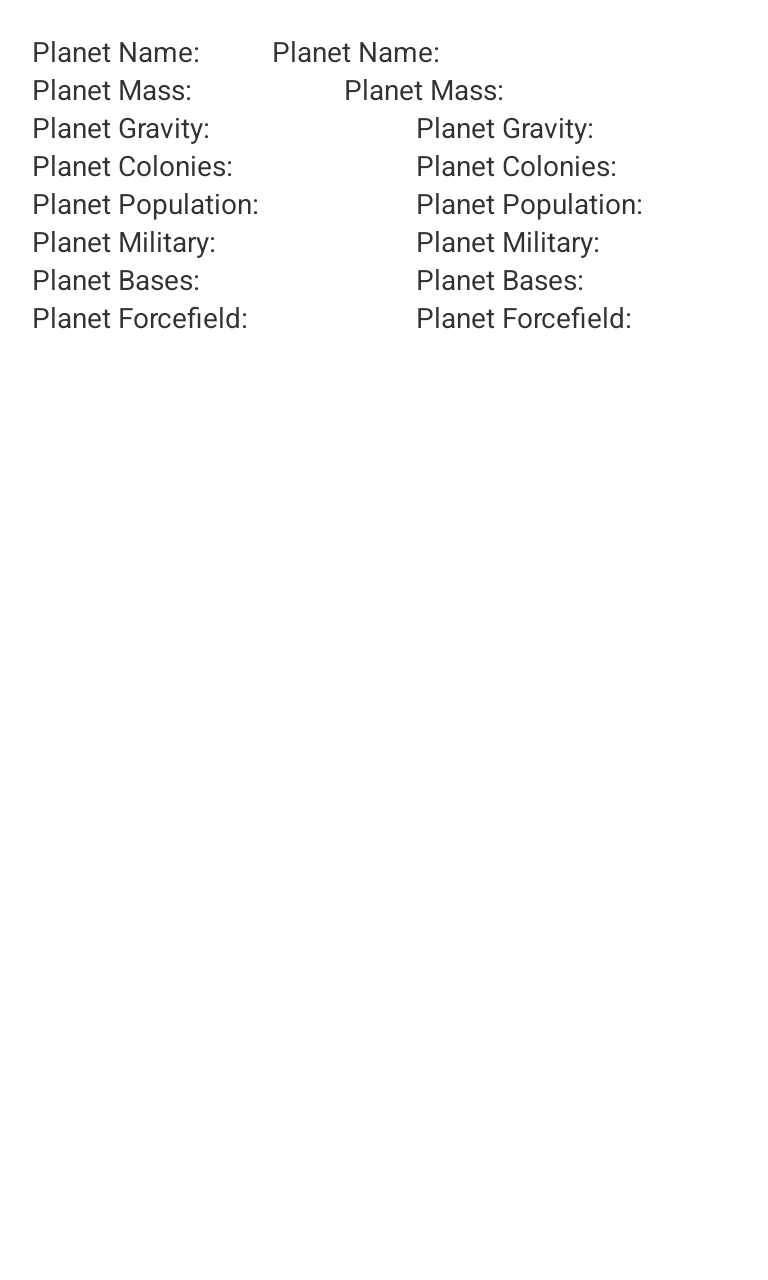
Repository: blender-head/android_basic
Layout: Hello_World/res/layout/activity_main.xml
The author's editor kept a copy of each file at every save. The layout is drawn from the files as they stood at one save, then again after the next save.
It is drawn on a 768 x 1280 px phone screen (xhdpi) without system bars, with theme AppTheme; the app's code is not run. The app's manifest (not shown) leaves right-to-left support off. So textAlignment, textDirection and layoutDirection are ignored, and left and right values win over start and end ones.

Above is the layout before, as saved 2013-12-31 16:22:11.

After the next save:
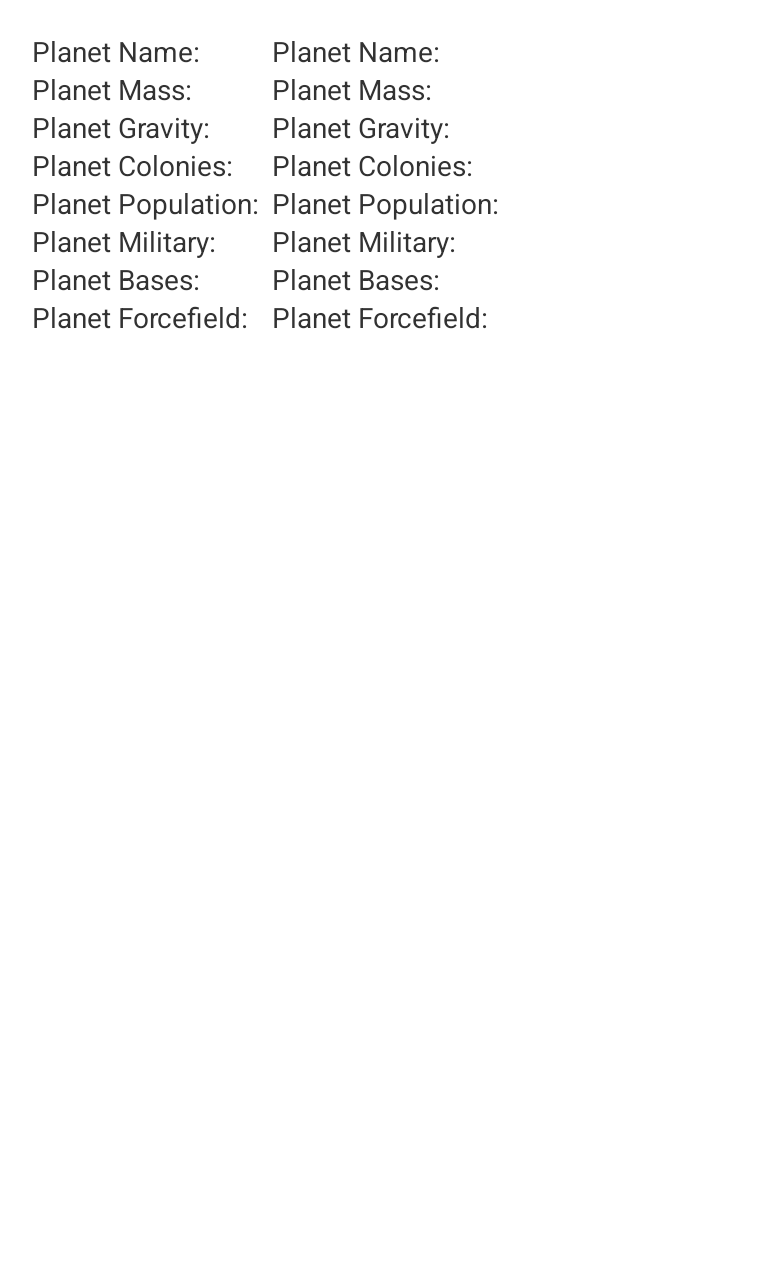
Saved 11 s later.
--- a/Hello_World/res/layout/activity_main.xml
+++ b/Hello_World/res/layout/activity_main.xml
@@ -40,7 +40,6 @@
         android:layout_below="@+id/dataView1"
         android:layout_width="wrap_content"
         android:layout_height="wrap_content"
-        android:layout_marginLeft="36dip"
         android:text="@string/planet_mass_label" />
 
 	<!-- Planet Gravity label -->
@@ -55,7 +54,6 @@
 	<TextView
         android:id="@+id/dataView3"
         android:layout_toRightOf="@+id/textView3"
-        android:layout_marginLeft="36dip"
         android:layout_alignStart="@+id/dataView2"
         android:layout_below="@+id/dataView2"
         android:layout_width="wrap_content"
